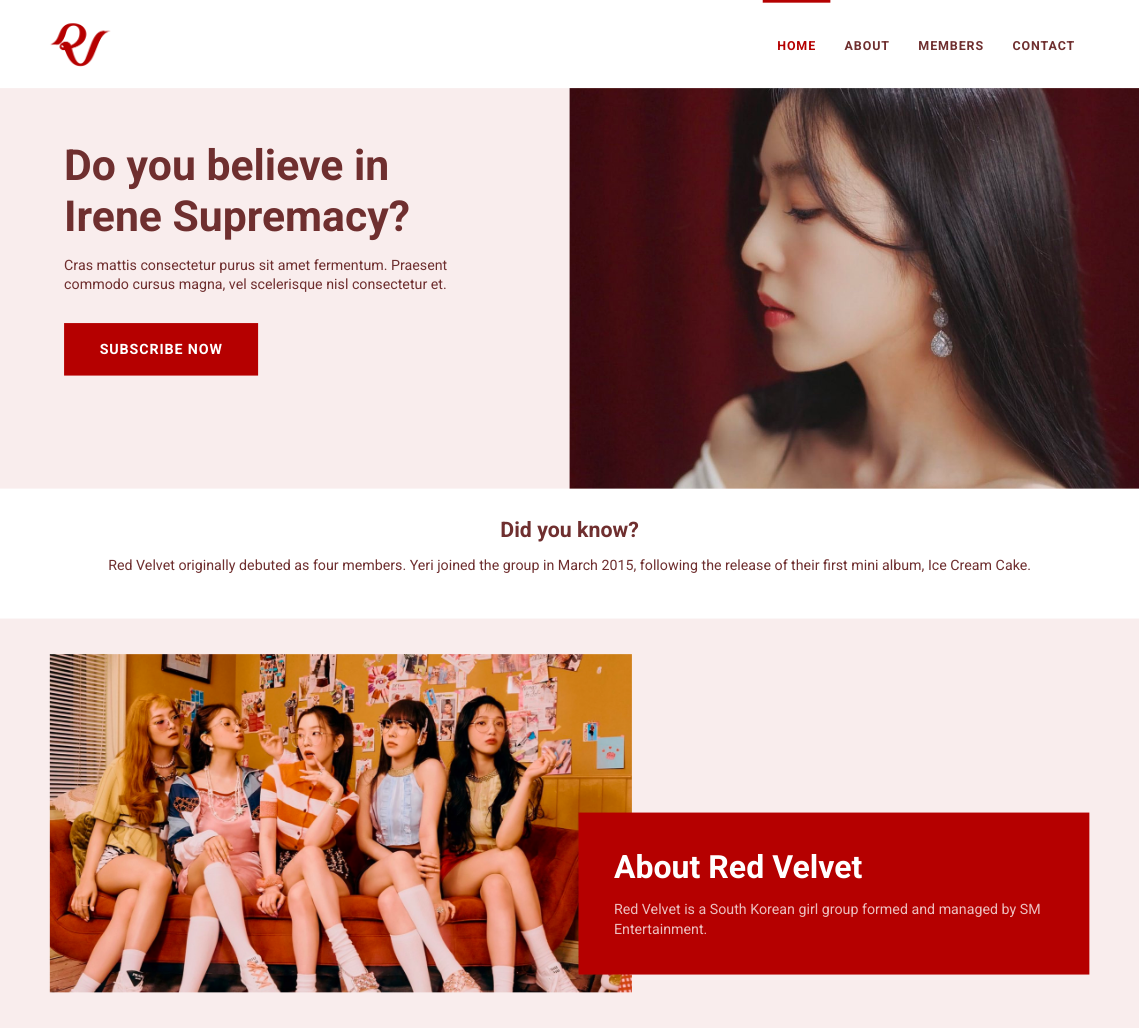
Repository: stillnotdavid/eternity-university
Page: app/index.html
An editor plug-in stored every save of this project. The page is shown before and after the next save, followed by the edit.
The browser window is 1280 px wide. The pictures show the whole page, at 89% of full size.
The style sheet was rebuilt from its Sass, Less or Tailwind sources for each picture, by a compiler version that may differ from the author's.

Above is the page before, as saved 2021-12-05 20:15:14.

After the next save:
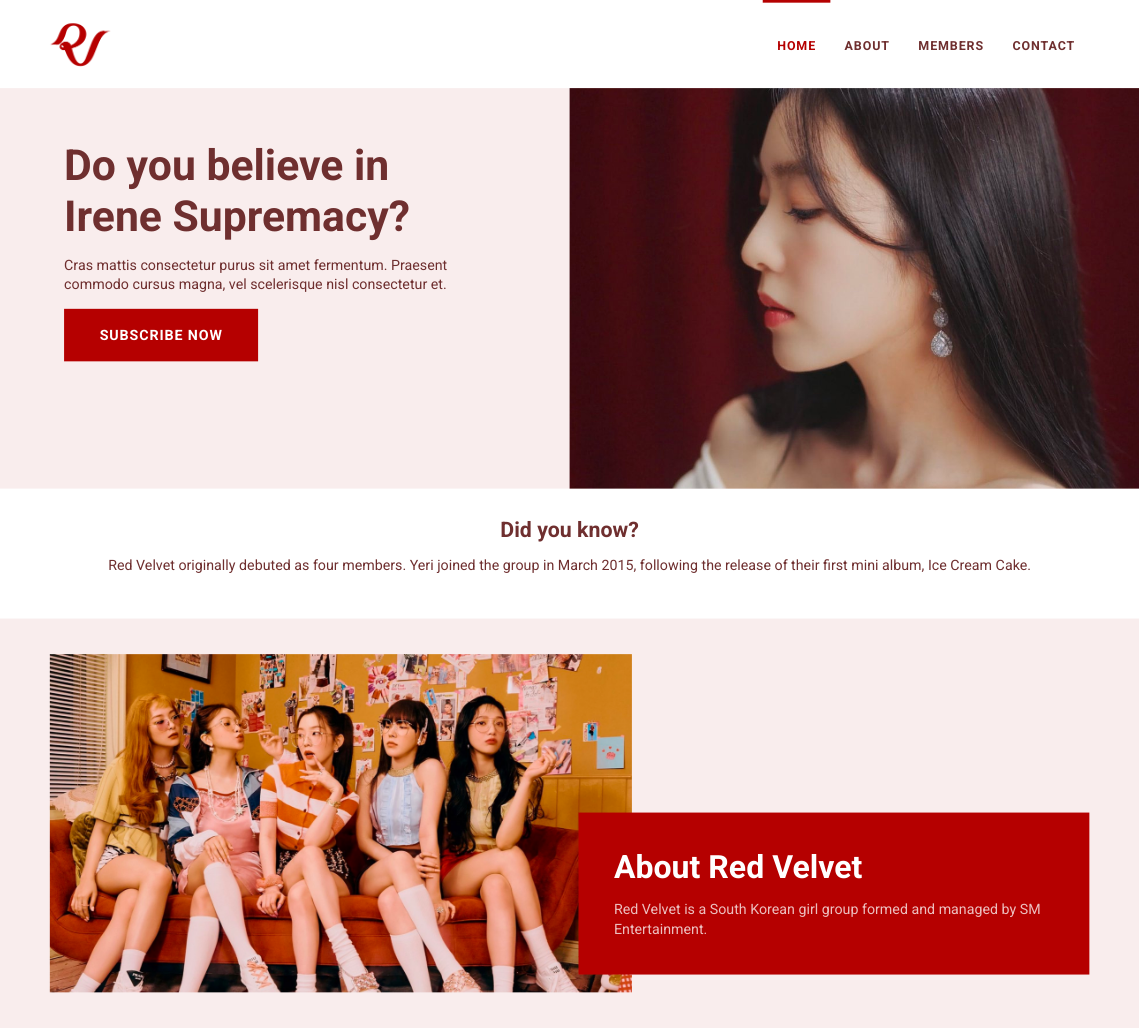
Saved 18 s later.
--- a/app/index.html
+++ b/app/index.html
@@ -49,7 +49,8 @@
     <div class="container--half">
       <div class="hero__cta">
         <h1>Do you believe in Irene Supremacy?</h1>
-        <p>Cras mattis consectetur purus sit amet fermentum. Praesent commodo cursus magna, vel scelerisque nisl
+        <p class="no-margin--bottom">Cras mattis consectetur purus sit amet fermentum. Praesent commodo cursus magna,
+          vel scelerisque nisl
           consectetur et.</p>
         <a class="button-primary" href="">Subscribe Now</a>
       </div>
